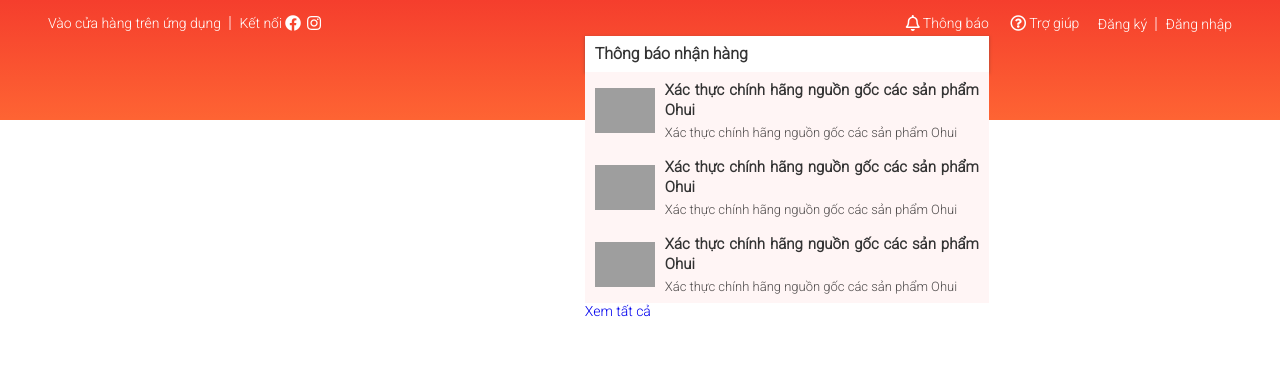
Repository: kebinh1235/Shopee-Demo
Page: index.html
The author's editor kept a copy of each file at every save. The page is drawn from the files as they stood at one save, then again after the next save.
The browser window is 1280 px wide. The pictures show the whole page.
Pictures or frames that could not be fetched are drawn as grey boxes.

Above is the page before, as saved 2021-10-01 00:10:01.

### index.html
<!DOCTYPE html>
<html lang="en">
<head>
  <meta charset="UTF-8">
  <meta http-equiv="X-UA-Compatible" content="IE=edge">
  <meta name="viewport" content="width=device-width, initial-scale=1.0">
  <title>F8 Shop</title>
  <link rel="stylesheet" href="./asset/css/main.css">
  <link rel="stylesheet" href="./asset/css/base.css">
  <link rel="stylesheet" href="https://cdnjs.cloudflare.com/ajax/libs/font-awesome/5.15.4/css/all.min.css">
</head>
<body>
  <div class="app">
    <header class="header">
      <div class="grid">
        <nav class="header__navbar">
          <ul class="header__navbar-list">
            <li class="header__navbar-item header__item-separator">
              Vào cửa hàng trên ứng dụng
              <div class="header__navbar-QRCode">
                  <div class="header__navbar-QRCode-img">
                    <img src="https://upload.wikimedia.org/wikipedia/commons/thumb/d/d0/QR_code_for_mobile_English_Wikipedia.svg/1200px-QR_code_for_mobile_English_Wikipedia.svg.png" alt="">
                  </div>
                  <div class="header__navbar-QRCode-social">
                    <a class="header__navbar-QRCode-link" href="#">
                      <i class="fab fa-google header__navbar-QRCode-icon-google"></i>
                      <span class="header__navbar-QRCode-title-google">Google</span>
                    </a>
                    <a class="header__navbar-QRCode-link" href="#">
                      <i class="fab fa-facebook header__navbar-QRCode-icon-facebook"></i>
                      <span class="header__navbar-QRCode-title-facebook">Facebook</span>
                    </a>
                  </div>
              </div>
            </li>
            <li class="header__navbar-item">
              <span class="user__select-none">Kết nối</span>
              <a class="header__navbar-link-icon" href="#">
                <i class="fab fa-facebook header__navbar-icon"></i>
              </a>
              <a class="header__navbar-link-icon" href="#">
                <i class="fab fa-instagram header__navbar-icon"></i>
              </a>
            </li>
          </ul>
          <ul class="header__navbar-list">
            <li class="header__navbar-item">
              <a href="#" class="header__navbar-link">
                <i class="far fa-bell header__navbar-icon"></i>
                Thông báo
              </a>
              <div class="header__navbar-notification">
                  <div class="header__navbar-noti-heading">
                    <h3>Thông báo nhận hàng</h3>
                  </div>
                  <ul class="header__navbar-noti-list">
                    <li class="header__navbar-noti-list-item">
                        <a class="header__navbar-noti-list-link" href="#">
                          <img src="https://www.oberlo.com/media/1603958036-new-products.jpg" alt="">
                          <div class="header_navbar-noti-content">
                            <p class="header_navbar-noti-name">Xác thực chính hãng nguồn gốc các sản phẩm Ohui</p>
                            <p class="header_navbar-noti-description">Xác thực chính hãng nguồn gốc các sản phẩm Ohui</p>
                          </div>
                        </a>
                     </li>
                     <li class="header__navbar-noti-list-item">
                      <a class="header__navbar-noti-list-link" href="#">
                        <img src="https://www.oberlo.com/media/1603958036-new-products.jpg" alt="">
                        <div class="header_navbar-noti-content">
                          <p class="header_navbar-noti-name">Xác thực chính hãng nguồn gốc các sản phẩm Ohui</p>
                          <p class="header_navbar-noti-description">Xác thực chính hãng nguồn gốc các sản phẩm Ohui</p>
                        </div>
                      </a>
                   </li>
                   <li class="header__navbar-noti-list-item">
                    <a class="header__navbar-noti-list-link" href="#">
                      <img src="https://www.oberlo.com/media/1603958036-new-products.jpg" alt="">
                      <div class="header_navbar-noti-content">
                        <p class="header_navbar-noti-name">Xác thực chính hãng nguồn gốc các sản phẩm Ohui</p>
                        <p class="header_navbar-noti-description">Xác thực chính hãng nguồn gốc các sản phẩm Ohui</p>
                      </div>
                    </a>
                 </li>
                  </ul>
                  <div class="header__navbar-noti-footer">
                      <a class="header__navbar-noti-footer-link" href="#">Xem tất cả</a>
                  </div>
              </div>
            </li>
            <li class="header__navbar-item">
              <a href="#" class="header__navbar-link">
                <i class="far fa-question-circle header__navbar-icon"></i>
                Trợ giúp
              </a>
            </li>
            <li class="header__navbar-item">
              <a href="#" class="header__navbar-link header__item-bold header__item-separator">Đăng ký</a>
            </li>
            <li class="header__navbar-item">
              <a href="#" class="header__navbar-link header__item-bold">Đăng nhập</a>
            </li>
          </ul>
        </nav>
      </div>
    </header>
  </div>
</body>
</html>

### asset/css/main.css
.header {
  height: 120px;
  background: linear-gradient(0, #fe6433, #f53e2d)
}
.header__navbar {
  display: flex;
  justify-content: space-between;
  padding: 10px 0;
}
.header__navbar-QRCode{
  background: white;
  height: 200px;
  position: absolute;
  top: 30px;
  padding: 10px;
  display: none;
  animation: fadeIn ease-out .8s;
}
.header__navbar-item:hover .header__navbar-QRCode {
  display: block;
}
.header__navbar-QRCode-img{
  width: 160px;
}
.header__navbar-QRCode-img img {
  width: 100%;
}
.header__navbar-QRCode-social {
  display: flex;
  align-items: center;
  justify-content: space-between;
}
.header__navbar-QRCode-social:before {
  content: '';
  position: absolute;
  top: -8px;
  left: 0;
  width: 100%;
  height: 10px;
  background: transparent;
}
.header__navbar-QRCode-link {
  font-size: 1.4rem;
  color: var(--text-color);
}
.header__navbar-QRCode-title-google:hover {
  color: #ff1100;
  transition: var(--transition-primary);
}
.header__navbar-QRCode-title-facebook:hover {
  color: blue;
  transition: var(--transition-primary);
}
.header__navbar-QRCode-icon-google {
  color: #ff1100;
}
.header__navbar-QRCode-icon-facebook {
  color: blue;
}
.header__navbar-list {
  list-style: none;
}
.header__navbar-item {
  margin: 0 8px;
  position: relative;
  min-height: 26px;
}
.header__item-separator::after {
  content: '';
  position: absolute;
  right: -10px;
  top: 50%;
  transform: translateY(-50%);
  height: 12px;
  border: 1px solid #FB9086;
}
.header__navbar-item,
.header__navbar-link {
  display: inline-block;
  font-size: 1.4rem;
  color: var(--white-color);
  text-decoration: none;
  font-weight: 300;
}
.header__navbar-item:hover,
.header__navbar-link:hover,
.header__navbar-link-icon:hover {
  cursor: pointer;
  color: rgba(255, 255, 255, 0.7);
}
.header__navbar-item,
.header__navbar-link,
.header__navbar-link-icon {
  display: inline-flex;
  align-items: center;
}
.header__navbar-link-icon {
  color: var(--white-color);
}
.header__navbar-icon {
  font-size: 1.6rem;
  margin: 0 3px;
}
.header__item-bold {
  font-weight: 500;
}
.user__select-none {
  cursor: text;
  color: var(--white-color);
}
.header__navbar-notification{
  position: absolute;
  top: 100%;
  right: 0;
  width: 404px;
  background: var(--white-color);
}
.header__navbar-noti-heading{
  padding: 10px;
  box-shadow: rgba(60, 64, 67, 0.3) 0px 1px 2px 0px, rgba(60, 64, 67, 0.15) 0px 1px 3px 1px;
}
.header__navbar-noti-heading h3 {
  font-size: 1.6rem;
  color: var(--text-color);
}
.header__navbar-noti-list{
  list-style: none;
}
.header__navbar-noti-list-item{
  padding: 8px 10px;
  background: #fff5f5;
}
.header__navbar-noti-list-item:hover{
  background: #f3c8c8;
  transition: var(--transition-primary);
}
.header__navbar-noti-list-link{
  display: inline-flex;
  align-items: center;
}
.header__navbar-noti-list-link img{
  width: 60px;
  object-fit: contain;
}
.header_navbar-noti-content{
  padding-left: 10px;
}
.header_navbar-noti-name{
  font-size: 1.5rem;
  font-weight: bold;
  color: var(--text-color);
  margin-bottom: 5px;
  line-height: 2rem;
  text-align: justify;
}
.header_navbar-noti-description{
  font-size: 1.3rem;
  color: var(--text-color-rgb-black);
}
.header__navbar-noti-footer{

}

### asset/css/base.css
@import url('https://fonts.googleapis.com/css2?family=Roboto:wght@300&display=swap');
:root {
  --white-color: #fff;
  --black-color: #000;
  --text-color: #333;
  --text-color-rgb-black: rgba(0, 0, 0, 0.7);
  --transition-primary: all .2s linear;
}

* {
  margin: 0;
  padding: 0;
  box-sizing: inherit;
  text-decoration: none;
}

html {
  font-size: 62.5%;
  line-height: 1.6rem;
  border: none;
  outline: none;
  overflow: hidden;
  box-sizing: border-box;
  font-family: 'Roboto', sans-serif;
}

.grid {
  width: 1200px;
  max-width: 100%;
  margin: 0 auto;
}

.grid__full-width {
  width: 100%;
}

.grid__row {
  display: flex;
  flex-wrap: wrap;
}

/*Animation*/
@keyframes fadeIn {
  0% {
    opacity: 0;
  }
  100% {
    opacity: 1;
  }
}

After the next save:
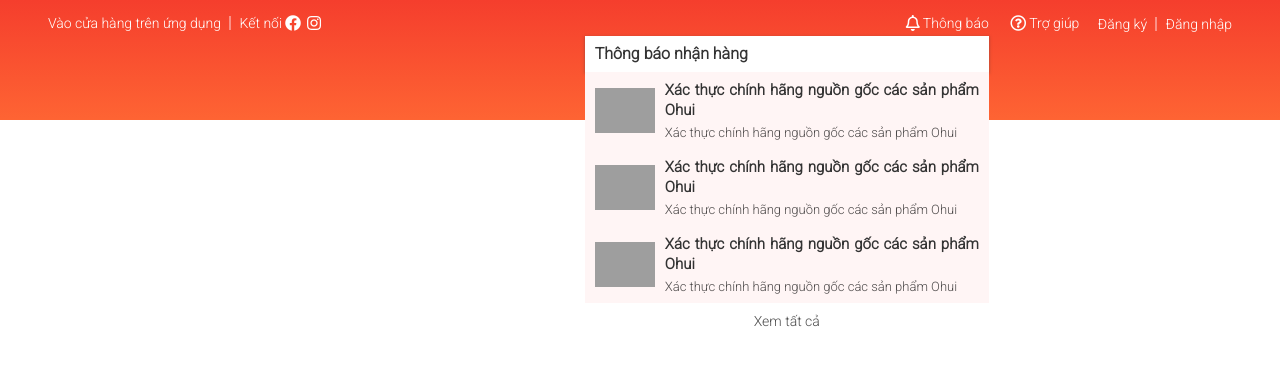
Saved 25 s later.
--- a/asset/css/main.css
+++ b/asset/css/main.css
@@ -158,5 +158,9 @@
   color: var(--text-color-rgb-black);
 }
 .header__navbar-noti-footer{
-
+  padding: 10px;
+  text-align: center;
 }
+.header__navbar-noti-footer-link{
+  color: var(--text-color-rgb-black);
+}
